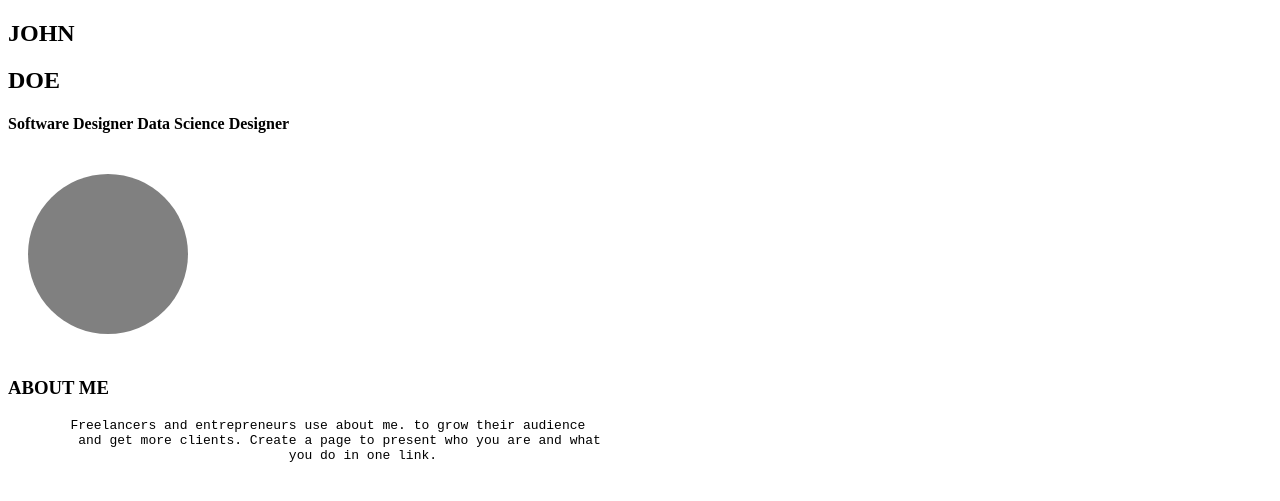
Repository: mrjayajay/week-1-code-challenges
Page: nasir/index.html
The author's editor kept a copy of each file at every save. The page is drawn from the files as they stood at one save, then again after the next save.
The browser window is 1280 px wide. The pictures show the whole page.

Above is the page before, as saved 2024-03-07 19:26:52.

### nasir/index.html
<!DOCTYPE html>
<html lang="en">
<head>
    <meta charset="UTF-8">
    <meta name="viewport" content="width=device-width, initial-scale=1.0">
    <title>Assignment</title>
</head>
<body>
    <h2>JOHN</h2>
    <h2>DOE</h2>
    <h4>Software Designer     Data Science     Designer</h4>
    <svg width="200" height="200">
     <circle cx="100" cy="100" r="80" fill="grey" stroke="black" stroke-width="0"/></svg>
     <h3>ABOUT ME</h3>
     <pre>
        Freelancers and entrepreneurs use about me. to grow their audience
         and get more clients. Create a page to present who you are and what
                                    you do in one link.
     </pre>
</body>
</html>

After the next save:
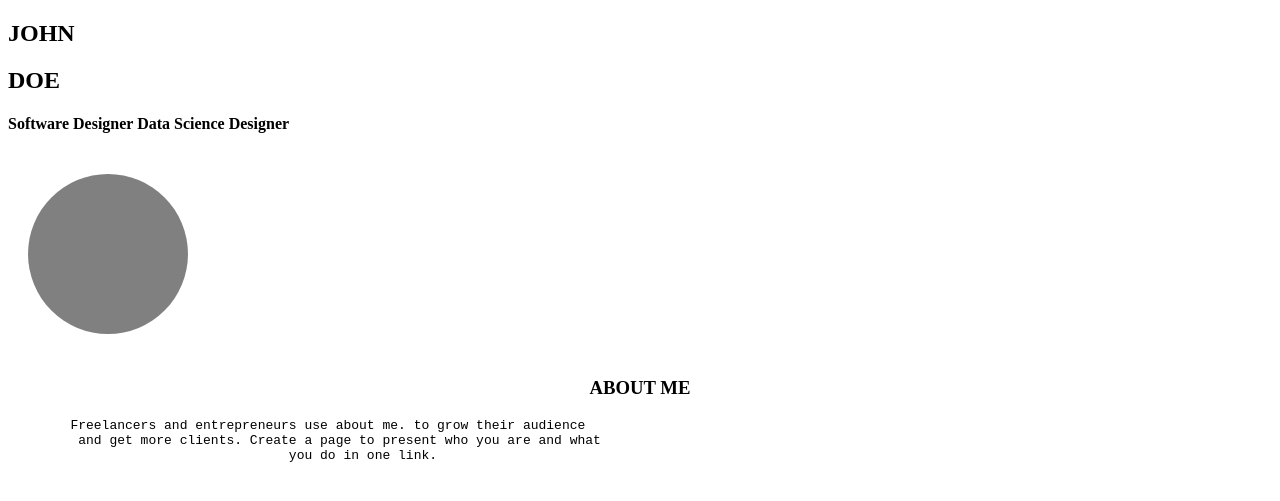
Saved 44 s later.
--- a/nasir/index.html
+++ b/nasir/index.html
@@ -11,11 +11,12 @@
     <h4>Software Designer     Data Science     Designer</h4>
     <svg width="200" height="200">
      <circle cx="100" cy="100" r="80" fill="grey" stroke="black" stroke-width="0"/></svg>
-     <h3>ABOUT ME</h3>
+     <h3 style="text-align: center;">ABOUT ME</h3>
      <pre>
         Freelancers and entrepreneurs use about me. to grow their audience
          and get more clients. Create a page to present who you are and what
                                     you do in one link.
      </pre>
+
 </body>
 </html>
